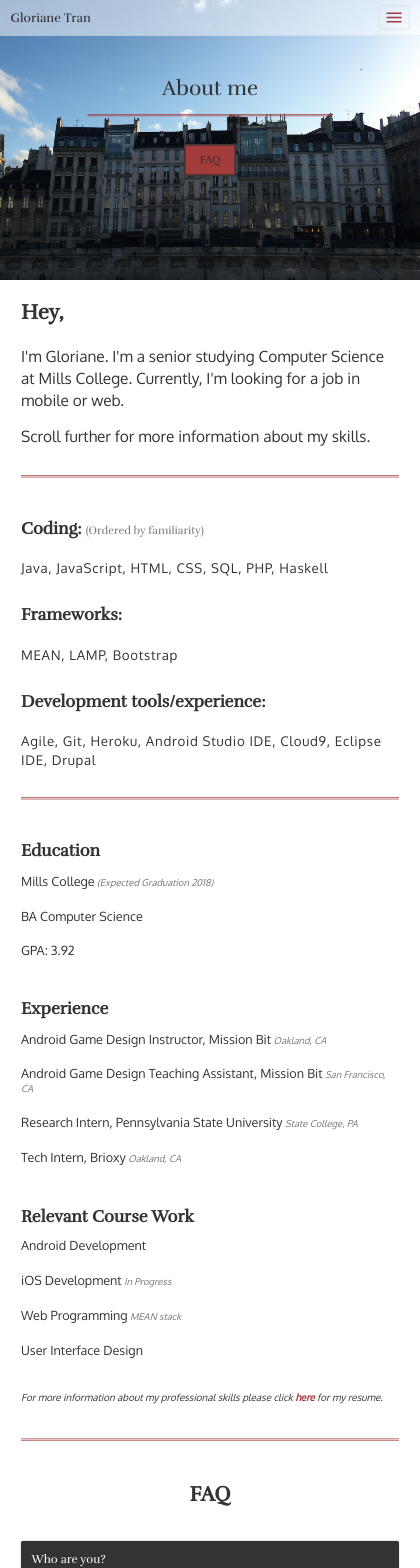
Repository: glorianetran/gloriane-web
Page: http://localhost/about
The author's editor kept a record of every edit. The page is drawn from the files as they stood at one moment, then again after the next edit.
The browser window is 600 px wide. The pictures show the part of the page from y = 0 to 2240 px (the page is 2624 px tall), at 70% of full size.
Some web libraries are served in a nearby version. The page is served by the project's Node server (app.js). Other server files are loaded and not shown.

Above is the page before.

### app_server/views/about.ejs
<!DOCTYPE html>
<html lang="en">
    <head>
        <% include partials/head.ejs %>
        <script type="text/javascript" src="https://code.jquery.com/jquery-1.11.0.min.js"></script>
        <link href="/stylesheets/about.css" rel="stylesheet">

        <!--FAQ script-->
    	<script>
        	jQuery(document).ready(function() {
        	function close_accordion_section() {
        		jQuery('.accordion .accordion-section-title').removeClass('active');
        		jQuery('.accordion .accordion-section-content').slideUp(300).removeClass('open');
        	}

        	jQuery('.accordion-section-title').click(function(e) {
        		// Grab current anchor value
        		var currentAttrValue = jQuery(this).attr('href');

        		if(jQuery(e.target).is('.active')) {
        			close_accordion_section();
        		}else {
        			close_accordion_section();

        			// Add active class to section title
        			jQuery(this).addClass('active');
        			// Open up the hidden content panel
        			jQuery('.accordion ' + currentAttrValue).slideDown(300).addClass('open');
        		}

        		e.preventDefault();
        	});
        });
	</script>
	</head>

    <body>
        <% include partials/nav%>

        <div class="jumbotron">
            <h2 class="text-center rufina">About me</h2>
            <strong><hr class="style"></strong>
            <br>
            <div class="text-center rufina">
                <input type="button" class="button" onClick="document.getElementById('faq').scrollIntoView();" value="FAQ">
            </div>
        </div>

        <!--About page main text-->
        <div class="container">
            <div class="margin">
                <h2 class="about-header rufina">Hey,</h2>
                <br>
                <div class="about-text oxygen">
                   I'm Gloriane. I'm a senior studying Computer Science at Mills College. Currently, I'm looking
                   for a job in mobile or web.
                </div>
                <br>
                <div class="about-text oxygen">Scroll further for more information about my skills. </div>
                <br>
                <hr class="style-2">
                <br>
                <h3 class="about-header rufina">Coding: <small>(Ordered by familiarity)</small></h3>
                <br>
                <div class="about-text-list oxygen">Java, JavaScript, HTML, CSS, SQL, PHP, Haskell</div>
                <br>
                <h3 class="about-header rufina">Frameworks:</h3>
                <br>
                <div class="about-text-list oxygen">MEAN, LAMP, Bootstrap</div>
                <br>
                <h3 class="about-header rufina">Development tools/experience:</h3>
                <br>
                <div class="about-text-list oxygen">Agile, Git, Heroku, Android Studio IDE, Cloud9, Eclipse IDE, Drupal</div>
                <br>
                <hr class="style-2">
                <br>
                <h3 class="about-header rufina">Education</h3>
                <h4 class="about-text-resume oxygen">Mills College<small><i> (Expected Graduation 2018)</i></small>
                <h4 class="about-text-resume oxygen">BA Computer Science</h4>
                <h4 class="about-text-resume oxygen">GPA: 3.92</h4>
                <br>
                <h3 class="about-header rufina">Experience</h3>
                <h4 class="about-text-resume oxygen">Android Game Design Instructor, Mission Bit<small><i> Oakland, CA</i></small></h4>
                <h4 class="about-text-resume oxygen">Android Game Design Teaching Assistant, Mission Bit<small><i> San Francisco, CA</i></small></h4>
                <h4 class="about-text-resume oxygen">Research Intern, Pennsylvania State University<small><i> State College, PA</i></small></h4>
                <h4 class="about-text-resume oxygen">Tech Intern, Brioxy<small><i> Oakland, CA</i></small></h4>
                <br>
                <h3 class="about-header rufina">Relevant Course Work</h3>
                <h4 class="about-text-resume oxygen">Android Development</h4>
                <h4 class="about-text-resume oxygen">iOS Development<small><i> In Progress</i></small></h4>
                <h4 class="about-text-resume oxygen">Web Programming<small><i> MEAN stack</i> </small></h4>
                <h4 class="about-text-resume oxygen">User Interface Design</h4>
                <br>
                <i><h5 class="oxygen">For more information about my professional skills please
                click <a href="https://drive.google.com/file/d/0B7LTg5vkTmfCWkQ1WWlfV2tndTNld3JjbjJ2OTZxSGRpb0Y0/view?usp=sharing" target="_blank"><b>here</b></a> for my resume.</h5></i>
                <br>
                <hr class="style-2">
                <br>

                 <!-- FAQ -->
                <h2 id="faq" class="about-header rufina text-center">FAQ</h2>
                <br>
                <br>
            	<div class="main">
            		<div class="accordion">

            			    <div class="accordion-section">
            			    	<a class="accordion-section-title rufina" href="#accordion-1">Who are you?</a>
            				    <div id="accordion-1" class="accordion-section-content">
            					    <p class="about-faq oxygen">I'm Gloriane. Most people call me Glo. My life motto is to "Glo with the flow."</p>
            				    </div><!--end .accordion-section-content-->
            		       	</div><!--end .accordion-section-->

            			    <div class="accordion-section">
            				    <a class="accordion-section-title rufina" href="#accordion-2">What do you do outside of class?</a>
            				    <div id="accordion-2" class="accordion-section-content">
            					    <p class="about-faq oxygen">I enjoy thinking about cool app ideas,
            					    improving my general knowledge, finding time to volunteer,
            					    and admiring the beauty of giraffes (and all animals). I'm also the president of the Mills Computer Club! </p>
            				    </div><!--end .accordion-section-content-->
            			    </div><!--end .accordion-section-->

            		    	<div class="accordion-section">
            				    <a class="accordion-section-title rufina" href="#accordion-3">What are your career goals?</a>
            				    <div id="accordion-3" class="accordion-section-content">
                					<p class="about-faq oxygen">My short term goal is to get a job in mobile/web to get more experience as a developer. My long term goal is to
                					find a job where I can combine my passion for social justice and technology. I want to be able to help
                					solve some of the world's most pressing issues with tech.</p>
            				    </div><!--end .accordion-section-content-->
            		    	</div><!--end .accordion-section-->

            			    <div class="accordion-section">
            				    <a class="accordion-section-title rufina" href="#accordion-4">What are your strengths/weaknesses?</a>
            				    <div id="accordion-4" class="accordion-section-content">
            					    <p class="about-faq oxygen">My strengths are: being on time,
            					    being organized, having a positive attitude, and embracing any confusion.
            					    My weaknesses are: obsessing over minor details, not asking for help when needed,
            					    public speaking, and spelling (spell-check spoils me).
            					    </p>
            				    </div><!--end .accordion-section-content-->
            		       	</div><!--end .accordion-section-->

            		       	<div class="accordion-section">
            				    <a class="accordion-section-title rufina" href="#accordion-5">What is one cool thing you have done?</a>
            				    <div id="accordion-5" class="accordion-section-content">
            					    <p class="about-faq oxygen">In my 2nd year of college, I studied abroad in Budapest, Hungary at Aquincum Institute of Technology (AIT).
            					    It was my first time leaving the United States. I traveled to 8 countries such as Spain, France, Denmark, etc. All of the images
            					    used for this website were taken while I was abroad. <br><br>
            					    </p>
            					    <div class="text-center">
            					        <h5 class="about-faq oxygen">Here's a picture of me worshipping a quiche the size of my face in Paris, France.</h5>
            					        <img src="/images/quiche.jpg"></img>
            					    </div>
            					    <br>
            				    </div><!--end .accordion-section-content-->
            		       	</div><!--end .accordion-section-->

                    </div><!--end .accordion-->
            	</div><!--end .main-->
            </div><!--end .margin-->
        </div><!--end .container-->
	</body>

	<% include partials/footer%>

</html>

### app_server/views/partials/head.ejs
<meta charset="utf-8">
<meta http-equiv="X-UA-Compatible" content="IE=edge">
<meta name="viewport" content="width=device-width, initial-scale=1">
<meta name="description" content="Gloriane Tran's personal website with information about her academic work and projects.">
<meta name="author" content="Gloriane Tran">

<!--jQuery-->
<script src="https://ajax.googleapis.com/ajax/libs/jquery/3.2.0/jquery.min.js"></script>

<!--Bootstrap Themes-->
<link rel="stylesheet" href="https://maxcdn.bootstrapcdn.com/bootstrap/3.3.7/css/bootstrap.min.css">
<script src="https://maxcdn.bootstrapcdn.com/bootstrap/3.3.7/js/bootstrap.min.js"></script>

<!--Icons-->
<link href="https://maxcdn.bootstrapcdn.com/font-awesome/4.7.0/css/font-awesome.min.css" rel="stylesheet">

<!--Stylesheets-->
<link href="/stylesheets/footer.css" rel="stylesheet">
<link href="/stylesheets/font.css" rel="stylesheet">
<link href="/stylesheets/nav.css" rel="stylesheet">

<!--Fonts-->
<link href="https://fonts.googleapis.com/css?family=Oxygen|Rufina" rel="stylesheet">

<!--Page Title -->
<title>Gloriane Tran | <%= title %></title>

### app_server/views/partials/nav.ejs
<nav class="navbar navbar-default navbar-fixed-top">
    <div class="container-fluid">
        <div class="navbar-header">
                <button type="button" class="navbar-toggle collapsed" data-toggle="collapse" data-target="#navbar" aria-expanded="false" aria-controls="navbar">
                <span class="icon-bar"></span>
                <span class="icon-bar"></span>
                <span class="icon-bar"></span>
            </button>
            <a class="navbar-brand rufina" href="/">Gloriane Tran</a>
        </div>

        <div class="navbar-collapse collapse" id="navbar">
            <ul class="nav navbar-nav navbar-right rufina">
                <li><a href="/">Home</a></li>
                <li><a href="/about">About</a></li>
                <li><a href="/projects">Projects</a></a></li>
            </ul>
        </div>
    </div>
</nav>

### app_server/views/partials/footer.ejs
<footer>
    <hr>
    <div class="container">
        <div class="text-center">
            <a href="https://www.linkedin.com/in/gloriane-tran-ab8592a7/" target="_blank"><i class="fa fa-linkedin-square fa-3x social"></i></a>
            <a href="https://github.com/glorianetran" target="_blank"><i class="fa fa-github-square fa-3x social"></i></a>
            <a href="mailto:glorianetran@gmail.com"><span class="glyphicon glyphicon-envelope"></span></a>
            <br>
            <br>
            <p class="rufina">Copyright © Gloriane Tran 2017</p>
        </div>
    </div>
</footer>

### app.js
var express = require('express');
var path = require('path');
var favicon = require('serve-favicon');
var logger = require('morgan');
var cookieParser = require('cookie-parser');
var bodyParser = require('body-parser');

var index = require('./app_server/routes/index');
var users = require('./app_server/routes/users');

var app = express();

// view engine setup
app.set('views', path.join(__dirname,'app_server', 'views'));
app.set('view engine', 'ejs');

// uncomment after placing your favicon in /public
//app.use(favicon(path.join(__dirname, 'public', 'favicon.ico')));
app.use(logger('dev'));
app.use(bodyParser.json());
app.use(bodyParser.urlencoded({ extended: false }));
app.use(cookieParser());
app.use(express.static(path.join(__dirname, 'public')));

app.use('/', index);
app.use('/users', users);

// catch 404 and forward to error handler
app.use(function(req, res, next) {
  var err = new Error('Not Found');
  err.status = 404;
  next(err);
});

// error handler
app.use(function(err, req, res, next) {
  // set locals, only providing error in development
  res.locals.message = err.message;
  res.locals.error = req.app.get('env') === 'development' ? err : {};

  // render the error page
  res.status(err.status || 500);
  res.render('error');
});

module.exports = app;

### app_server/controllers/main.js
/* GET home page */
module.exports.index = function(req, res) {
    res.render('index', {
        title: 'Home'
    });
};

/* GET about page. */
module.exports.about = function(req, res) {
    res.render('about', {
        title: 'About'
    });
};

/* GET projects page. */
module.exports.projects = function(req, res) {
    res.render('projects', {
        title: 'Projects'
    });
};

### public/stylesheets/footer.css
footer {
    width: 100%;
    height: 100px;
}


/*Social Media Links*/

.fa-3x {
    font-size: 3em;
    color: #A33B3B;
    margin: auto 5px;
}

.fa-3x:hover {
    color: #333333;
}


/*Link color*/

a {
    color: #A33B3B;
}

a:hover {
    color: #333333;
}

a:focus {
    color: #A33B3B;
}


/*Email Icon*/

span.glyphicon-envelope {
    font-size: 2.5em;
    margin: auto 5px;
}

.glyphicon {
    top: 3px;
}

### public/stylesheets/font.css
.rufina{
    font-family: 'Rufina', serif;
}

.oxygen{
    font-family: 'Oxygen', sans-serif;
}

### public/stylesheets/nav.css
.navbar-default .navbar-brand {
    color: #A33B3B;
    font-size: 18px;
}

.navbar-default .navbar-brand:hover,
.navbar-default .navbar-brand:focus {
    color: #2C2B2B;
}

.navbar-default .navbar-nav>li>a {
    color: #A33B3B;
    font-size: 16px;
}

.navbar-default {
    background-color: RGBA(255, 255, 255, .5);
    border-color: #E7E7E7;
}

.icon-bar {
    background-color: #A33B3B !important;
}

### public/stylesheets/about.css
hr.style {
    border-top: 3px double #000000;
    width: 350px;
    border-color: #A33B3B;
}

hr.style-2 {
    border-top: 3px double #000000;
    width: 100%;
    border-color: #A33B3B;
    text-align: left;
}

.button {
    border-radius: 0px;
    background: #A33B3B;
    font-size: 15px;
    font-weight: 500;
    background: RGBA(255, 255, 255, .2);
    padding: 10px 20px 10px 20px;
    border: solid #333333 2px;
    outline: none !important;
}

.button:hover {
    text-decoration: none;
    background: #333333;
    color: #A33B3B;
}

.jumbotron {
    margin-bottom: 0px;
    padding: 9% 0;
    width: 100%;
    background-image: url("/images/about.jpg");
    background-size: 100% 100%;
    height: 400px;
}

.container {
    width: 100%;
    padding: 0px;
}

.margin {
    margin: 90px 200px;
}

.about-text {
    font-size: 22px;
}

.about-faq {
    font-size: 16px;
}

.about-text-list {
    font-size: 19px;
    letter-spacing: 1px;
}

.about-text-resume {
    padding: 10px 0px;
}

.about-header {
    font-weight: 800;
}


/*----- Accordion FAQ -----*/

.accordion,
.accordion * {
    box-sizing: border-box;
}

.accordion {
    overflow: hidden;
    box-shadow: 0px 1px 3px rgba(0, 0, 0, 0.25);
    border-radius: 3px;
    background: #f7f7f7;
}


/*----- Section Titles -----*/

.accordion-section-title {
    width: 100%;
    padding: 15px;
    display: inline-block;
    border-bottom: 1px solid #1a1a1a;
    background: #333333;
    transition: all linear 0.15s;
    font-size: 1.200em;
    color: #FFFFFF;
    text-decoration: none;
}

.accordion-section-title.active,
.accordion-section-title:hover {
    background: #A33B3B;
    color: #333333;
    text-decoration: none;
    font-weight: bolder;
}

.accordion-section:last-child .accordion-section-title {
    border-bottom: none;
}


/*----- Section Content -----*/

.accordion-section-content {
    padding: 15px;
    display: none;
}

a:focus,
a:hover {
    color: #fff;
    text-decoration: none;
}


/*Responsive*/

@media (max-width: 975px) {
    .margin {
        margin: 40px 60px;
    }
    .jumbotron {
        padding: 12% 0;
    }
    .button {}
    .button:hover {
        background: #333333;
        color: #A33B3B;
    }
}

@media (max-width: 730px) {
    html,
    body {
        width: auto !important;
        overflow-x: hidden !important;
    }
    .margin {
        margin: 30px 30px;
    }
    .jumbotron {
        padding: 15% 0px;
    }
    .button {
        background: #A33B3B;
    }
    .button:hover {
        background: #333333;
        color: #A33B3B;
    }
}

@media (max-width: 450px) {
    hr.style {
        width: 300px;
    }
    .margin {
        margin: 30px 30px;
    }
    .jumbotron {
        padding: 23% 0;
    }
}

After the next edit:
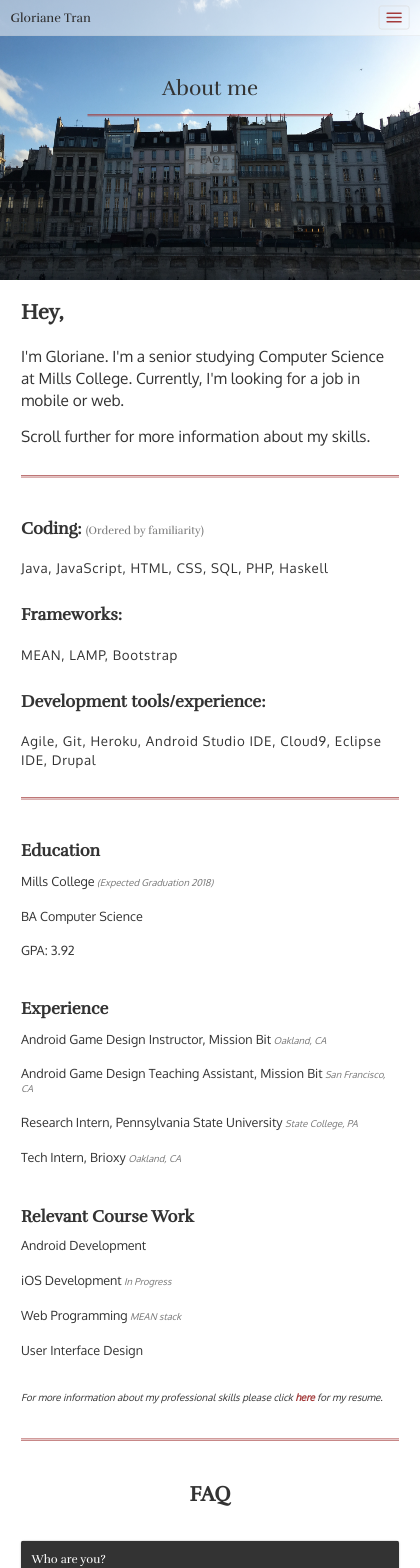
The edit:
--- a/public/stylesheets/about.css
+++ b/public/stylesheets/about.css
@@ -152,13 +152,6 @@
     .jumbotron {
         padding: 15% 0px;
     }
-    .button {
-        background: #A33B3B;
-    }
-    .button:hover {
-        background: #333333;
-        color: #A33B3B;
-    }
 }
 
 @media (max-width: 450px) {
